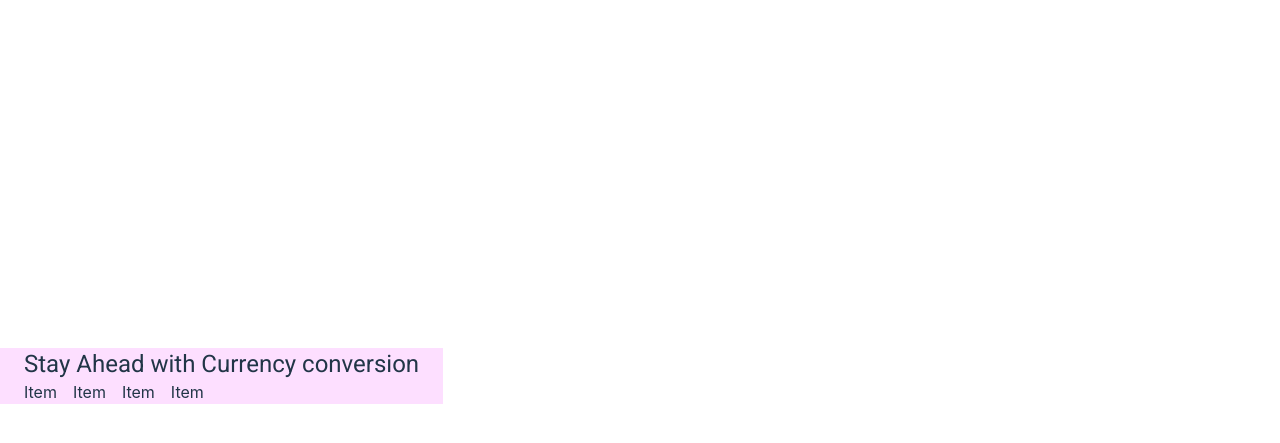
Repository: Asad-devv/CURRENCY
Page: /
These files come from the project's save history. The page is drawn as it stood at one moment and after a run of saves; the edit follows.
The browser window is 1280 px wide. The pictures show the whole page.
The project was rebuilt for these pictures with package versions that can differ from the ones it lists, and the page was loaded fresh each time. Also part of the build but not shown: craco.config.js.

Above is the page before, as saved 2023-03-01 21:35:02.

After the next 5 saves:
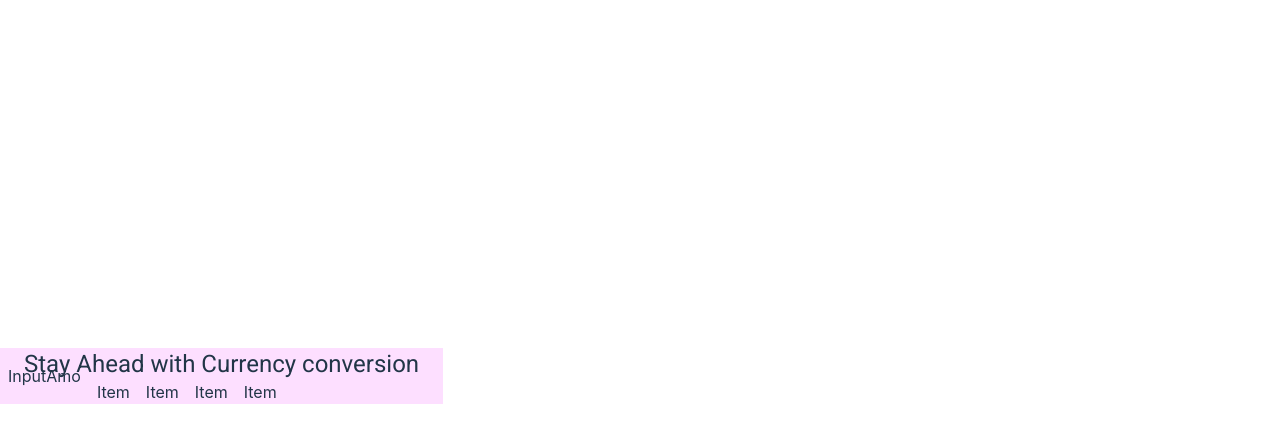
The 5 saves are shown as one change because they came seconds apart.
The last was saved 33 s later.
--- a/src/App.jsx
+++ b/src/App.jsx
@@ -10,6 +10,7 @@ function App() {
     <Container maxWidth="md" sx={{ background: "#fddfff" }}>
       <Typography variant = "h5"sx={{mt:"2rem"}}>Stay Ahead with Currency conversion</Typography>
       <Grid container spacing ={2}>
+        InputAmo
         <Grid item>
           Item
         </Grid>
